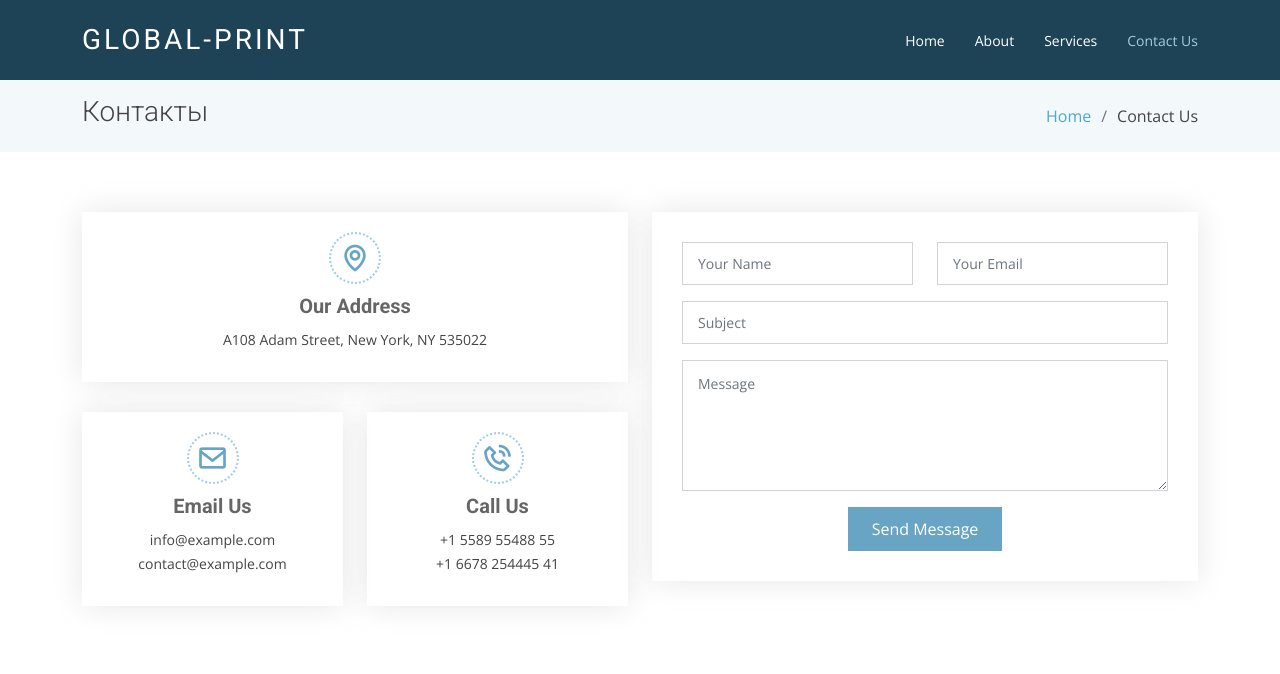
Repository: VachArt/Global-print
Page: contact.html
These files come from the project's save history. The page is drawn as it stood at one moment and after the next save; the edit follows.
The browser window is 1280 px wide. The pictures show the part of the page from y = 0 to 674 px (the page is 1235 px tall).
Pictures or frames that could not be fetched are drawn as grey boxes.

Above is the page before, as saved 2022-06-09 13:18:22.

### contact.html
<!DOCTYPE html>
<html lang="en">

<head>
  <meta charset="utf-8">
  <meta content="width=device-width, initial-scale=1.0" name="viewport">

  <title>GlobalPrint</title>
  <meta content="" name="description">
  <meta content="" name="keywords">


  <!-- Google Fonts -->
  <link href="https://fonts.googleapis.com/css?family=Open+Sans:300,300i,400,400i,600,600i,700,700i|Roboto:300,300i,400,400i,500,500i,700,700i&display=swap" rel="stylesheet">

  <!-- Vendor CSS Files -->
  <link href="assets/vendor/animate.css/animate.min.css" rel="stylesheet">
  <link href="assets/vendor/aos/aos.css" rel="stylesheet">
  <link href="assets/vendor/bootstrap/css/bootstrap.min.css" rel="stylesheet">
  <link href="assets/vendor/bootstrap-icons/bootstrap-icons.css" rel="stylesheet">
  <link href="assets/vendor/boxicons/css/boxicons.min.css" rel="stylesheet">
  <link href="assets/vendor/glightbox/css/glightbox.min.css" rel="stylesheet">
  <link href="assets/vendor/swiper/swiper-bundle.min.css" rel="stylesheet">

  <!-- Template Main CSS File -->
  <link href="assets/css/style.css" rel="stylesheet">

  <!-- =======================================================
  * Template Name: Moderna - v4.8.0
  * Template URL: https://bootstrapmade.com/free-bootstrap-template-corporate-moderna/
  * Author: BootstrapMade.com
  * License: https://bootstrapmade.com/license/
  ======================================================== -->
</head>

<body>

  <!-- ======= Header ======= -->
  <header id="header" class="fixed-top d-flex align-items-center ">
    <div class="container d-flex justify-content-between align-items-center">

      <div class="logo">
        <h1 class="text-light"><a href="index.html"><span>Global-Print</span></a></h1>
        <!-- Uncomment below if you prefer to use an image logo -->
        <!-- <a href="index.html"><img src="assets/img/logo.png" alt="" class="img-fluid"></a>-->
      </div>

      <nav id="navbar" class="navbar">
        <ul>
          <li><a class="" href="index.html">Home</a></li>
          <li><a href="about.html">About</a></li>
          <li><a href="services.html">Services</a></li>
          <li><a class="active" href="contact.html">Contact Us</a></li>
        </ul>
        <i class="bi bi-list mobile-nav-toggle"></i>
      </nav><!-- .navbar -->

    </div>
  </header><!-- End Header -->

  <main id="main">

    <!-- ======= Contact Section ======= -->
    <section class="breadcrumbs">
      <div class="container">

        <div class="d-flex justify-content-between align-items-center">
          <h2>Контакты</h2>
          <ol>
            <li><a href="index.html">Home</a></li>
            <li>Contact Us</li>
          </ol>
        </div>

      </div>
    </section><!-- End Contact Section -->

    <!-- ======= Contact Section ======= -->
    <section class="contact" data-aos="fade-up" data-aos-easing="ease-in-out" data-aos-duration="500">
      <div class="container">

        <div class="row">

          <div class="col-lg-6">

            <div class="row">
              <div class="col-md-12">
                <div class="info-box">
                  <i class="bx bx-map"></i>
                  <h3>Our Address</h3>
                  <p>A108 Adam Street, New York, NY 535022</p>
                </div>
              </div>
              <div class="col-md-6">
                <div class="info-box">
                  <i class="bx bx-envelope"></i>
                  <h3>Email Us</h3>
                  <p>info@example.com<br>contact@example.com</p>
                </div>
              </div>
              <div class="col-md-6">
                <div class="info-box">
                  <i class="bx bx-phone-call"></i>
                  <h3>Call Us</h3>
                  <p>+1 5589 55488 55<br>+1 6678 254445 41</p>
                </div>
              </div>
            </div>

          </div>

          <div class="col-lg-6">
            <form action="forms/contact.php" method="post" role="form" class="php-email-form">
              <div class="row">
                <div class="col-md-6 form-group">
                  <input type="text" name="name" class="form-control" id="name" placeholder="Your Name" required>
                </div>
                <div class="col-md-6 form-group mt-3 mt-md-0">
                  <input type="email" class="form-control" name="email" id="email" placeholder="Your Email" required>
                </div>
              </div>
              <div class="form-group mt-3">
                <input type="text" class="form-control" name="subject" id="subject" placeholder="Subject" required>
              </div>
              <div class="form-group mt-3">
                <textarea class="form-control" name="message" rows="5" placeholder="Message" required></textarea>
              </div>
              <div class="my-3">
                <div class="loading">Loading</div>
                <div class="error-message"></div>
                <div class="sent-message">Your message has been sent. Thank you!</div>
              </div>
              <div class="text-center"><button type="submit">Send Message</button></div>
            </form>
          </div>

        </div>

      </div>
    </section><!-- End Contact Section -->

    <!-- ======= Map Section ======= -->
    <section class="map mt-2">
      <div class="container-fluid p-0">
        <iframe src="https://www.google.com/maps/embed?pb=!1m18!1m12!1m3!1d3024.2219901290355!2d-74.00369368400567!3d40.71312937933185!2m3!1f0!2f0!3f0!3m2!1i1024!2i768!4f13.1!3m3!1m2!1s0x89c25a23e28c1191%3A0x49f75d3281df052a!2s150%20Park%20Row%2C%20New%20York%2C%20NY%2010007%2C%20USA!5e0!3m2!1sen!2sbg!4v1579767901424!5m2!1sen!2sbg" frameborder="0" style="border:0;" allowfullscreen=""></iframe>
      </div>
    </section><!-- End Map Section -->

  </main><!-- End #main -->

  <!-- ======= Footer ======= -->
  <footer id="footer" data-aos="fade-up" data-aos-easing="ease-in-out" data-aos-duration="500">

    <div class="container">
      <div class="copyright">
        &copy; 2022 <strong><span>VachArt team</span></strong>. All Rights Reserved
      </div>
    </div>
  </footer><!-- End Footer -->

  <a href="#" class="back-to-top d-flex align-items-center justify-content-center"><i class="bi bi-arrow-up-short"></i></a>

  <!-- Vendor JS Files -->
  <script src="assets/vendor/purecounter/purecounter.js"></script>
  <script src="assets/vendor/aos/aos.js"></script>
  <script src="assets/vendor/bootstrap/js/bootstrap.bundle.min.js"></script>
  <script src="assets/vendor/glightbox/js/glightbox.min.js"></script>
  <script src="assets/vendor/isotope-layout/isotope.pkgd.min.js"></script>
  <script src="assets/vendor/swiper/swiper-bundle.min.js"></script>
  <script src="assets/vendor/waypoints/noframework.waypoints.js"></script>
  <script src="assets/vendor/php-email-form/validate.js"></script>

  <!-- Template Main JS File -->
  <script src="assets/js/main.js"></script>

</body>

</html>

Loaded but not shown: assets/vendor/animate.css/animate.min.css (library); assets/vendor/aos/aos.css (library); assets/vendor/bootstrap/css/bootstrap.min.css (library); assets/vendor/bootstrap-icons/bootstrap-icons.css (library); assets/vendor/boxicons/css/boxicons.min.css (library); assets/vendor/glightbox/css/glightbox.min.css (library); assets/vendor/swiper/swiper-bundle.min.css (library); assets/vendor/purecounter/purecounter.js (library); assets/vendor/aos/aos.js (library); assets/vendor/bootstrap/js/bootstrap.bundle.min.js (library); assets/vendor/glightbox/js/glightbox.min.js (library); assets/vendor/isotope-layout/isotope.pkgd.min.js (library); assets/vendor/swiper/swiper-bundle.min.js (library); assets/vendor/waypoints/noframework.waypoints.js (library); assets/vendor/php-email-form/validate.js (common file); assets/js/main.js (225 lines, source omitted); assets/css/style.css (1988 lines, source omitted)

After the next save:
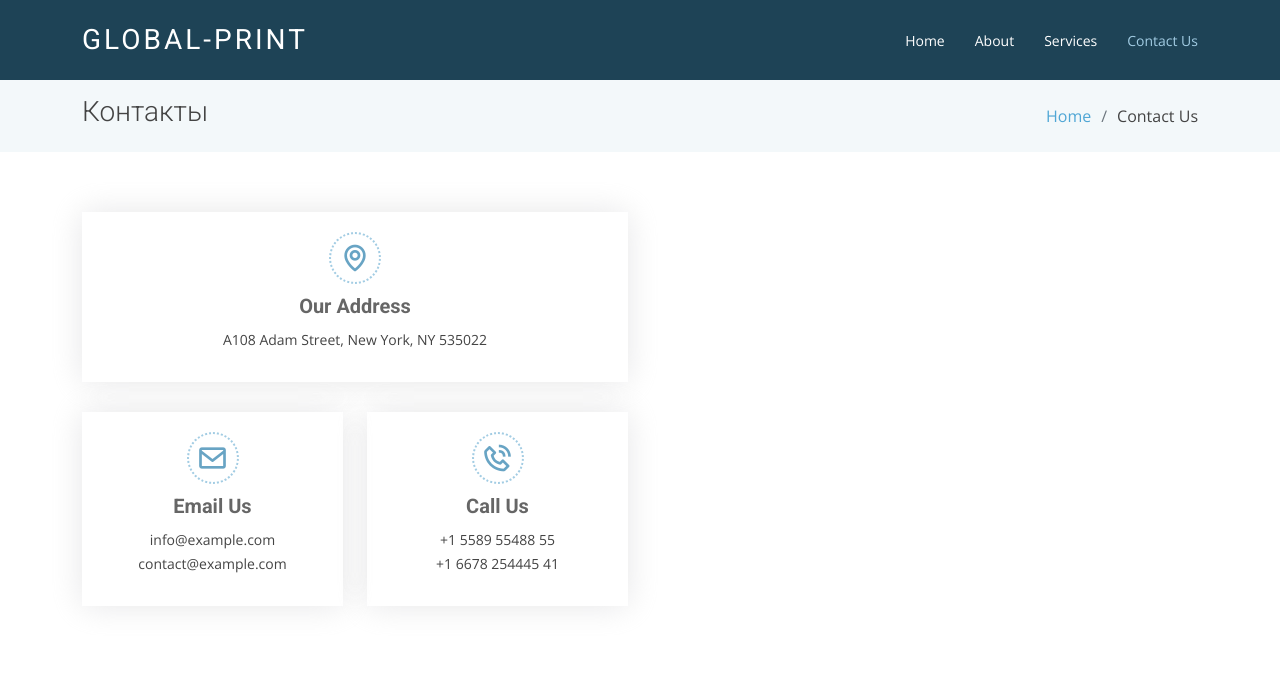
Saved 2 min 33 s later.
--- a/contact.html
+++ b/contact.html
@@ -110,28 +110,9 @@
           </div>
 
           <div class="col-lg-6">
-            <form action="forms/contact.php" method="post" role="form" class="php-email-form">
-              <div class="row">
-                <div class="col-md-6 form-group">
-                  <input type="text" name="name" class="form-control" id="name" placeholder="Your Name" required>
-                </div>
-                <div class="col-md-6 form-group mt-3 mt-md-0">
-                  <input type="email" class="form-control" name="email" id="email" placeholder="Your Email" required>
-                </div>
-              </div>
-              <div class="form-group mt-3">
-                <input type="text" class="form-control" name="subject" id="subject" placeholder="Subject" required>
-              </div>
-              <div class="form-group mt-3">
-                <textarea class="form-control" name="message" rows="5" placeholder="Message" required></textarea>
-              </div>
-              <div class="my-3">
-                <div class="loading">Loading</div>
-                <div class="error-message"></div>
-                <div class="sent-message">Your message has been sent. Thank you!</div>
-              </div>
-              <div class="text-center"><button type="submit">Send Message</button></div>
-            </form>
+            <div class="contact-logo">
+              <img src="" alt="" class="contact-img">
+            </div>
           </div>
 
         </div>
